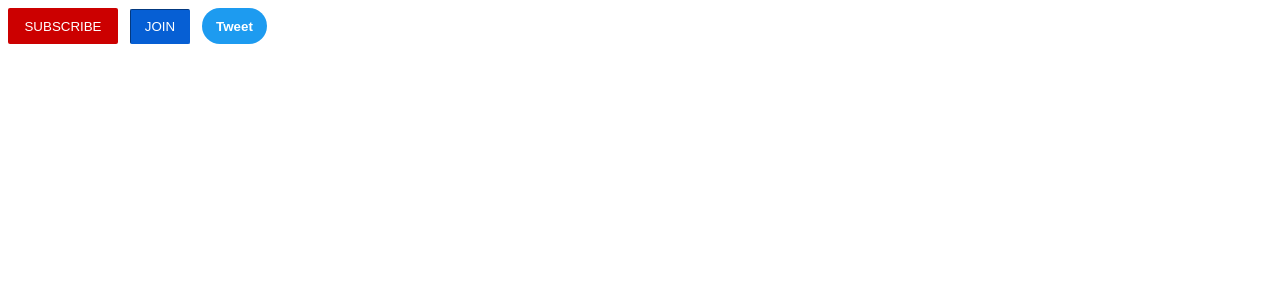
Repository: Kurumilli/Youtube
Page: buttons.html
An editor plug-in stored every save of this project. The page is shown before and after the next save, followed by the edit.
The browser window is 1280 px wide. The pictures show the whole page.
The first visible `.join` is being pressed.

Above is the page before, as saved 2025-01-24 21:01:40.

### buttons.html
<html>
<body>
<style>
.subscribe{
    background-color: rgb(204, 0, 0);
    border:none;
    color: white;
    height: 36px;
    width: 110px;
    border-radius: 2px;
    cursor: pointer;
    transition: 0.15s;
}
    .subscribe:hover{
        opacity: 0.8;
    }

    .subscribe:active{
        opacity: 0.4;
    }

.join{
background-color: white;
color: rgb(6, 95, 212);
border-width: 1px;
height:35px;
width: 60px;
border-color:rgb(6, 95, 212);
border-radius: 2px;
cursor: pointer;
margin-left: 8px;
transition: 0.15s;
}

    .join:hover{
        background-color:rgb(6, 95, 212) ;
        color: white;
    }

.tweet{
    background-color: rgb(29, 155, 240);
    border: none;
    height: 36px;
    color: white;
    width: 65px;
    border-radius: 18px;
    font-weight: bold;
    margin-left: 8px;

    }
</style>

<button class="subscribe">
    SUBSCRIBE
</button>

<button class="join">
    JOIN
</button>

<button class="tweet">
    Tweet
</button>




</body>
</html>

After the next save:
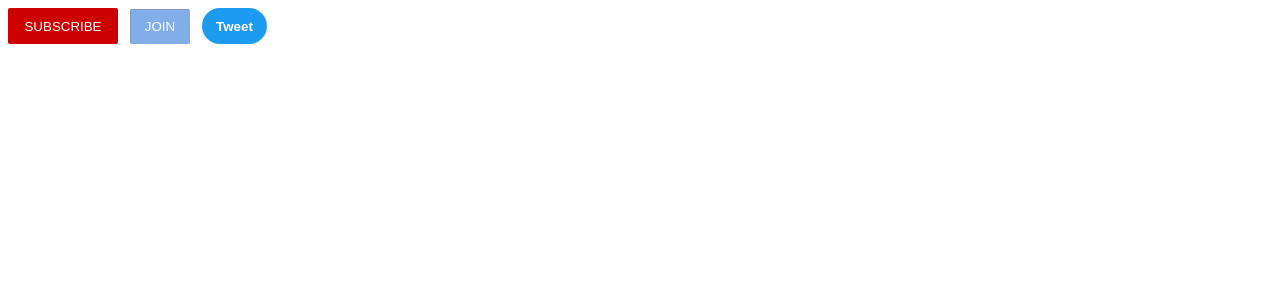
Saved 70 s later.
--- a/buttons.html
+++ b/buttons.html
@@ -37,6 +37,10 @@ transition: 0.15s;
         color: white;
     }
 
+    .join:active{
+        opacity: 0.5;
+    }
+
 .tweet{
     background-color: rgb(29, 155, 240);
     border: none;
